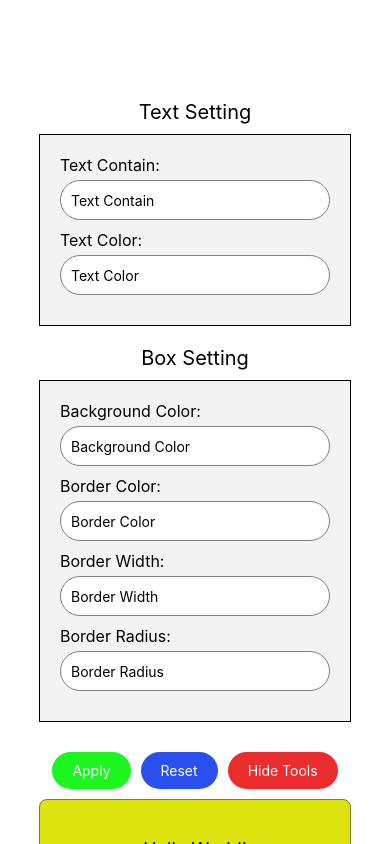
Repository: amirjavadikia/mobile-projectg
Screen: /
An editor plug-in stored every save of this project. The screen is shown before and after a run of saves, followed by the edit.
An inner scrolling area shows only its first screen. The app was drawn by React Native's web renderer in a window 390 px wide. The project was rebuilt for these pictures with package versions that can differ from the ones it lists, and the page was loaded fresh each time.

Above is the screen before, as saved 2024-05-14 22:34:29.

### App.tsx
//
// => BOXES PROJECT
//

// import React from 'react';
// import { View, Text, StyleSheet } from 'react-native';
// import { FontAwesomeIcon } from '@fortawesome/react-native-fontawesome';
// import { faGear } from '@fortawesome/free-solid-svg-icons/faGear';
// import { faLocationDot } from '@fortawesome/free-solid-svg-icons/faLocationDot';
// import { faAddressBook } from '@fortawesome/free-solid-svg-icons/faAddressBook';


// const MainPage = () => {
//   return (
//     <View style={styles.container}>

//       <View style={[styles.blueBackground]}>
//         <Text style={styles.text}>Welcome to my app!</Text>
//       </View>


//       <View style={[styles.box, styles.purpleBackground]}>
//       <FontAwesomeIcon icon={faLocationDot} />
//         <Text style={styles.text}>Location</Text>
//       </View>


//       <View style={[styles.box, styles.yellowBackground]}>
//       <FontAwesomeIcon icon={faGear} />
//         <Text style={styles.text}>Settings</Text>
//       </View>


//       <View style={[styles.box, styles.redBackground]}>
//       <FontAwesomeIcon icon={faAddressBook} />
//         <Text style={styles.text}>Contacts</Text>
//       </View>

//     </View>
//   );
// };

// const styles = StyleSheet.create({
//   container: {
//     justifyContent: 'center',
//     alignItems: 'center',
//     margin: 10
//   },
//   box: {
//     width: '100%',
//     height: 100,
//     borderRadius: 10,
//     marginBottom: 15,
//     justifyContent: 'center',
//     textAlign: 'center',
//     alignItems: 'center',
//   },
//   blueBackground: {
//     backgroundColor: '#01008A',
//     borderRadius: 30,
//     width: '100%',
//     height: '10%',
//     justifyContent: 'center',
//     alignItems: 'center',
//     marginBottom: 20
//   },
//   purpleBackground: {
//     backgroundColor: '#810081',
//   },
//   yellowBackground: {
//     backgroundColor: '#fea501',
//   },
//   redBackground: {
//     backgroundColor: '#fe0002',
//   },
//   text: {
//     color: 'white',
//     fontSize: 20,
//     marginLeft: 10,
//   },
// });

// export default MainPage;





//
// => MIDTERM PROJECT
//


import React, { useState } from 'react';
import { View, Text, TextInput, StyleSheet, Button, ScrollView, TouchableOpacity } from 'react-native';

const App = () => {
  const [text, setText] = useState('Hello World!');
  const [showTools, setShowTools] = useState(true);
  const [newText, setNewText] = useState('');
  const [newTextColor, setNewTextColor] = useState('');
  const [newBackgroundColor, setNewBackgroundColor] = useState('');
  const [newBorderColor, setNewBorderColor] = useState('');
  const [newBorderWidth, setNewBorderWidth] = useState('');
  const [newBorderRadius, setNewBorderRadius] = useState('');
  const [applyChanges, setApplyChanges] = useState(false);

  const handleTextChange = (inputText) => {
    setNewText(inputText);
    setApplyChanges(false);
  };

  const handleTextColorChange = (inputText) => {
    setNewTextColor(inputText);
    setApplyChanges(false);
  };

  const handleBackgroundChange = (inputText) => {
    setNewBackgroundColor(inputText);
    setApplyChanges(false);
  };

  const handleBorderColorChange = (inputText) => {
    setNewBorderColor(inputText);
    setApplyChanges(false);
  };

  const handleBorderWidthChange = (inputText) => {
    setNewBorderWidth(inputText);
    setApplyChanges(false);
  };

  const handleBorderRadiusChange = (inputText) => {
    setNewBorderRadius(inputText);
    setApplyChanges(false);
  };

  const handleApplyChanges = () => {
    setText(newText);
    setApplyChanges(true);
  };

  const handleResetChanges = () => {
    setApplyChanges(false);
    setText('');
    setNewText('');
    setNewTextColor('');
    setNewBackgroundColor('');
    setNewBorderColor('');
    setNewBorderWidth('');
    setNewBorderRadius('');
  };

  const handleToggleTools = () => {
    setShowTools(!showTools);
  };

  return (
    <ScrollView contentContainerStyle={styles.scrollViewContent}>
      <View style={styles.container}>
        {showTools && (
          <>
            <Text style={styles.title}>Text Setting</Text>
            <View style={styles.section}>
              <Text style={styles.label}>Text Contain:</Text>
              <TextInput
                style={styles.input}
                onChangeText={handleTextChange}
                value={newText}
                placeholder="Text Contain"
              />
              <Text style={styles.label}>Text Color:</Text>
              <TextInput
                style={styles.input}
                onChangeText={handleTextColorChange}
                value={newTextColor}
                placeholder="Text Color"
              />
            </View>

            <Text style={styles.title}>Box Setting</Text>
            <View style={styles.section}>
              <Text style={styles.label}>Background Color:</Text>
              <TextInput
                style={styles.input}
                onChangeText={handleBackgroundChange}
                value={newBackgroundColor}
                placeholder="Background Color"
              />
              <Text style={styles.label}>Border Color:</Text>
              <TextInput
                style={styles.input}
                onChangeText={handleBorderColorChange}
                value={newBorderColor}
                placeholder="Border Color"
              />
              <Text style={styles.label}>Border Width:</Text>
              <TextInput
                style={styles.input}
                onChangeText={handleBorderWidthChange}
                value={newBorderWidth}
                placeholder="Border Width"
              />
              <Text style={styles.label}>Border Radius:</Text>
              <TextInput
                style={styles.input}
                onChangeText={handleBorderRadiusChange}
                value={newBorderRadius}
                placeholder="Border Radius"
              />
            </View>


          </>
        )}
        <View style={styles.buttonGroup}>
              { showTools && (
                <>
                <TouchableOpacity
               onPress={handleApplyChanges}
               style={styles.applyButton}
            >
              <Text style={styles.applyButtonText}>Apply</Text>
            </TouchableOpacity>

                <TouchableOpacity
               onPress={handleResetChanges}
               style={styles.resetButton}
            >
              <Text style={styles.resetButtonText}>Reset</Text>
            </TouchableOpacity>
                </>
              )}
              <TouchableOpacity
               onPress={handleToggleTools}
               style={styles.showButton}
            >
              <Text style={styles.showButtonText}>{showTools ? "Hide Tools" : "Show Tools"}</Text>
            </TouchableOpacity>
            </View>
        <View style={[styles.box, { backgroundColor: applyChanges ? newBackgroundColor : '#dde30f', borderRadius: applyChanges ? parseInt(newBorderRadius) || 0 : 8, borderWidth: applyChanges ? parseInt(newBorderWidth) || 1 : 1, borderColor: applyChanges ? newBorderColor : "#807f1e" }]}>
          <Text style={[styles.boxText, {color: applyChanges ? newTextColor : '#111'}]}>{text || "Hello World!"}</Text>
        </View>
      </View>
    </ScrollView>
  );
};

const styles = StyleSheet.create({
  scrollViewContent: {
    flexGrow: 1,
  },
  container: {
    flex: 1,
    alignItems: 'center',
    justifyContent: 'center',
    marginTop: 100,
    backgroundColor: '#fff',
  },
  section: {
    width: '80%',
    marginBottom: 20,
    backgroundColor: "#f3f3f3",
    borderWidth: 1,
    padding: 20
  },
  title: {
    fontSize: 20,
    marginBottom: 10,
  },
  label: {
    fontSize: 16,
    marginBottom: 5,
  },
  input: {
    width: '100%',
    height: 40,
    borderWidth: 1,
    borderColor: 'gray',
    marginBottom: 10,
    paddingHorizontal: 10,
    textAlign: 'left',
    borderRadius: 30,
    backgroundColor: "#fff"
  },
  box: {
    width: '80%',
    height: 100,
    backgroundColor: '#dde30f',
    justifyContent: 'center',
    alignItems: 'center',
  },
  boxText: {
    fontSize: 18
  },
  buttonGroup: {
    display: 'flex',
    flexDirection: 'row',
    justifyContent: 'space-around',
    marginVertical: 10,
  },
  applyButton: {
    marginRight: 10,
    borderRadius: 20,
    backgroundColor: '#1bf621',
    paddingVertical: 10,
    paddingHorizontal: 20,
    alignItems: 'center',
    justifyContent: 'center',

  },
  resetButton: {
    borderRadius: 20,
    marginRight: 10,
    backgroundColor: '#2950ef',
    paddingVertical: 10,
    paddingHorizontal: 20,
    alignItems: 'center',
    justifyContent: 'center',
    borderColor:"#b04245"
  },
  showButton: {
    borderRadius: 20,
    backgroundColor: '#eb2d2e',
    paddingVertical: 10,
    paddingHorizontal: 20,
    alignItems: 'center',
    justifyContent: 'center'
  },
  resetButtonText: {
    color: '#fff'
  },
  applyButtonText: {
    color: '#fff'
  },
  showButtonText: {
    color: '#fff'
  }
});

export default App;

After the next 4 saves:
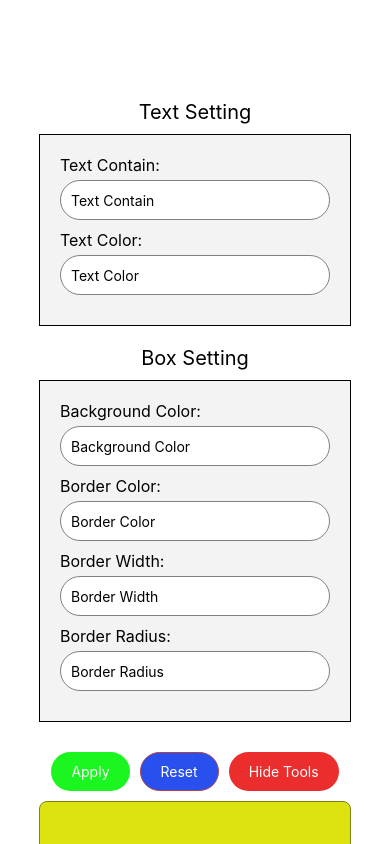
The 4 saves are shown as one change because they came seconds apart.
The last was saved 11 s later.
--- a/App.tsx
+++ b/App.tsx
@@ -317,7 +317,8 @@
     paddingHorizontal: 20,
     alignItems: 'center',
     justifyContent: 'center',
-    borderColor:"#b04245"
+    borderColor:"#b04245",
+    borderWidth:1
   },
   showButton: {
     borderRadius: 20,

After the 3 saves that followed:
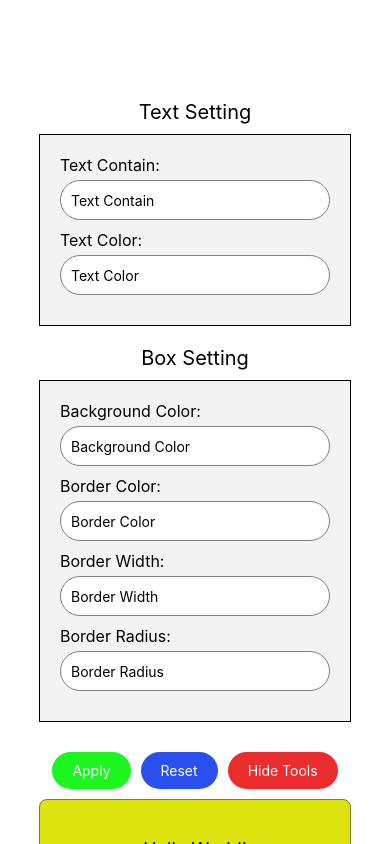
The 3 saves are shown as one change because they came seconds apart.
The last was saved 14 s later.
--- a/App.tsx
+++ b/App.tsx
@@ -317,8 +317,7 @@
     paddingHorizontal: 20,
     alignItems: 'center',
     justifyContent: 'center',
-    borderColor:"#b04245",
-    borderWidth:1
+
   },
   showButton: {
     borderRadius: 20,
